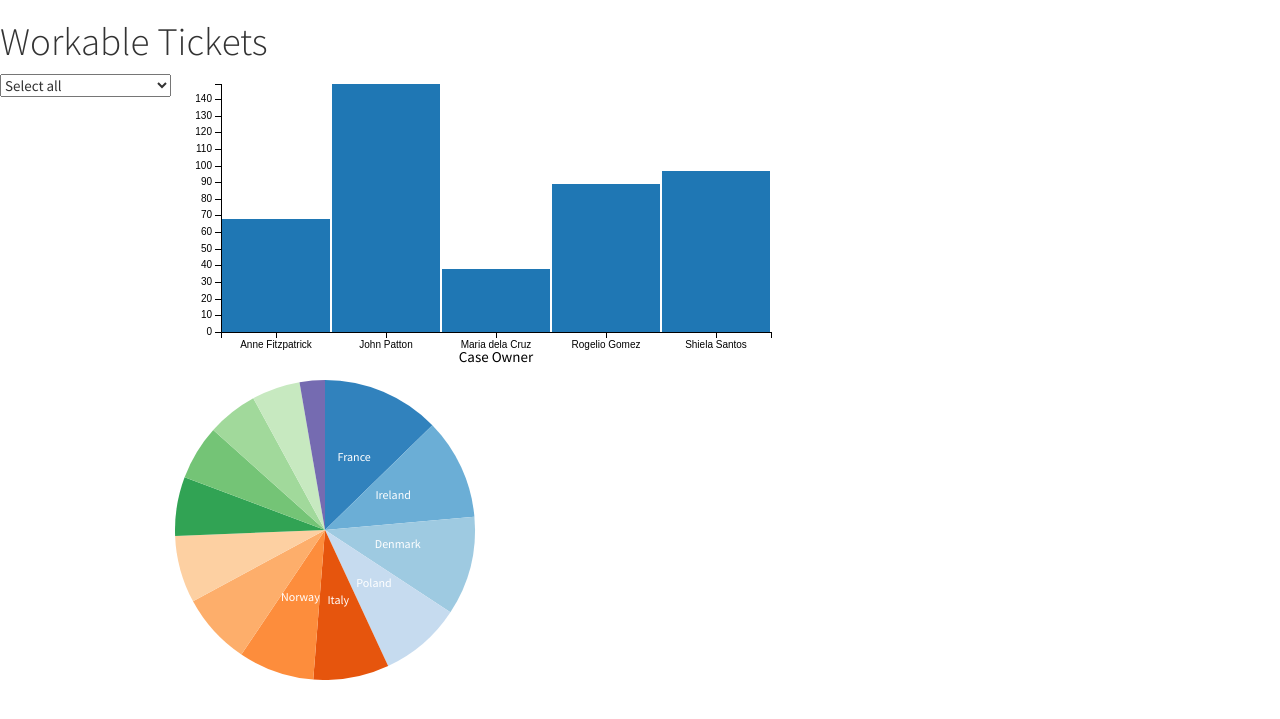
Repository: RChanco/Workable-Tickets-Dashboard
Page: index.html
The author's editor kept a record of every edit. The page is drawn from the files as they stood at one moment, then again after the next edit.
The browser window is 1280 px wide. The pictures show the whole page.

Above is the page before.

After the next edit:
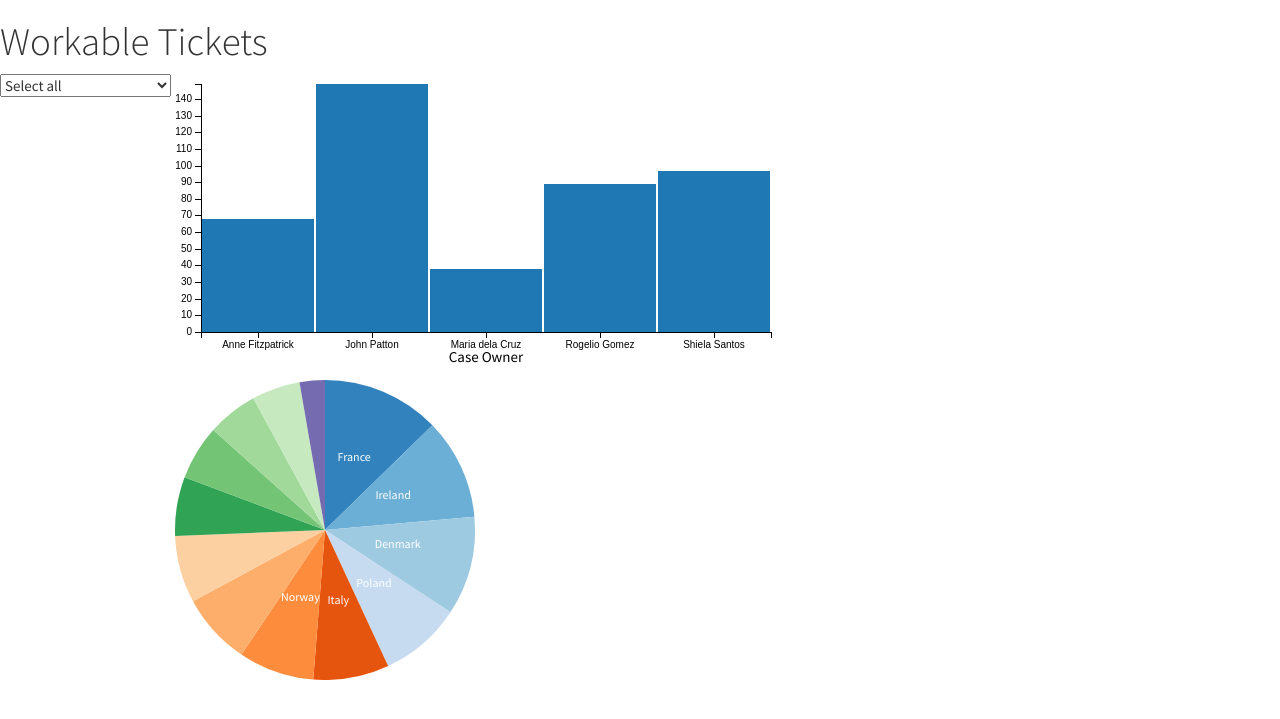
The edit:
--- a/static/js/graph.js
+++ b/static/js/graph.js
@@ -28,7 +28,7 @@ function show_case_owner(ndx) {
     dc.barChart("#case-owner")
         .width(650)
         .height(300)
-        .margins({top: 10, right: 50, bottom: 30, left: 50})
+/*        .margins({top: 10, right: 50, bottom: 30, left: 50}) */
         .dimension(dim)
         .group(group)
         .transitionDuration(500)
